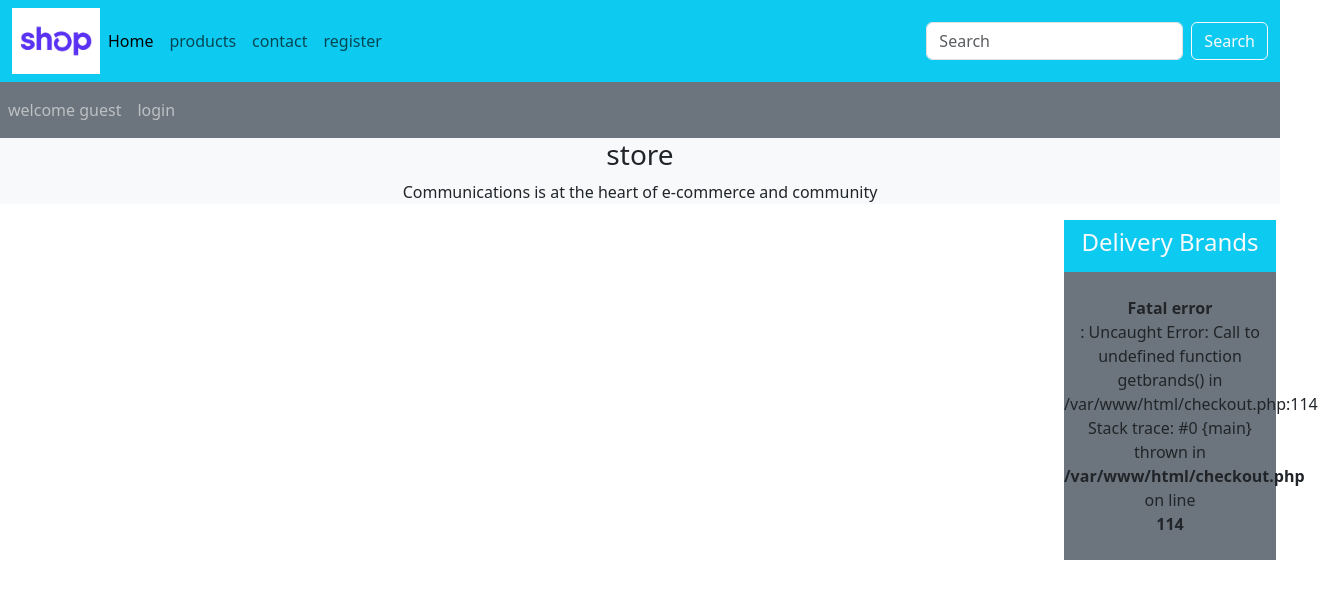
Repository: hahuuchinh2501/ecommerce_web
Page: http://localhost/checkout.php
An editor plug-in stored every save of this project. The page is shown before and after the next save, followed by the edit.
The browser window is 1280 px wide. The page is 1318 px wide, then 1280 px, so the pictures cover 1318 px, including what lies to the right of the window. The pictures show the whole page.
The page is run by PHP 8.4 with error messages shown; the project is at /var/www/html/.

Above is the page before, as saved 2025-02-09 18:25:52.

### checkout.php
<?php
include('includes/connect.php');

?>



<!DOCTYPE html>
<html lang="en">

<head>
    <meta charset="UTF-8">
    <meta name="viewport" content="width=device-width, initial-scale=1.0">
    <title>website- checkout</title>
    <link href="https://cdn.jsdelivr.net/npm/bootstrap@5.3.3/dist/css/bootstrap.min.css" rel="stylesheet"
        integrity="sha384-QWTKZyjpPEjISv5WaRU9OFeRpok6YctnYmDr5pNlyT2bRjXh0JMhjY6hW+ALEwIH" crossorigin="anonymous">
    <link rel="stylesheet" href="https://cdnjs.cloudflare.com/ajax/libs/font-awesome/6.5.2/css/all.min.css"
        integrity="sha512-SnH5WK+bZxgPHs44uWIX+LLJAJ9/2PkPKZ5QiAj6Ta86w+fsb2TkcmfRyVX3pBnMFcV7oQPJkl9QevSCWr3W6A=="
        crossorigin="anonymous" referrerpolicy="no-referrer" />
    <link rel="stylesheet" href="style.css">

</head>

<body>
    <!-- navbar -->
    <div class="container-fluid p-0">
        <nav class="navbar navbar-expand-lg bg-info">
            <div class="container-fluid">
                <img src="./images/shop.jpg" alt="" class="logo">
                <button class="navbar-toggler" type="button" data-bs-toggle="collapse"
                    data-bs-target="#navbarSupportedContent" aria-controls="navbarSupportedContent"
                    aria-expanded="false" aria-label="Toggle navigation">
                    <span class="navbar-toggler-icon"></span>
                </button>
                <div class="collapse navbar-collapse" id="navbarSupportedContent">
                    <ul class="navbar-nav me-auto mb-2 mb-lg-0">
                        <li class="nav-item">
                            <a class="nav-link active" aria-current="page" href="index.php">Home</a>
                        </li>
                        <li class="nav-item">
                            <a class="nav-link" href="display_all.php">products</a>
                        </li>
                        <li class="nav-item">
                            <a class="nav-link" href="#">contact</a>
                        </li>
                        <li class="nav-item">
                            <a class="nav-link" href="#">register</a>
                        </li>

                    </ul>
                    <form class="d-flex" role="search" action="search_product.php" method="get">
                        <input class="form-control me-2" type="search" placeholder="Search" aria-label="Search"
                            name="search_data">
                        <!-- <button class="btn btn-outline-success" type="submit">Search</button> -->
                        <input type="submit" value="Search" class="btn btn-outline-light" name="search_data_product">
                    </form>
                </div>
            </div>
        </nav>



        <nav class="navbar navbar-expand-lg navbar-dark bg-secondary">
            <ul class="navbar-nav me-auto">
                <li class="nav-item">
                    <a class="nav-link" href="#">welcome guest</a>
                </li>
                <li class="nav-item">
                    <a class="nav-link" href="#">login</a>
                </li>
            </ul>
        </nav>
        <div class="bg-light">
            <h3 class="text-center">store</h3>
            <p class="text-center">Communications is at the heart of e-commerce and community</p>
        </div>

        <div class="row px-3">
            <div class="col-md-10">
                <div class="row">
                    <!-- fetching products -->





                    <!-- row end    -->
                </div>
                <!-- col end -->
            </div>

            <div class="col-md-2 bg-secondary p-0">
                <!--branch-->
                <ul class="navbar-nav me-auto text-center">
                    <li class="nav-item bg-info">
                        <a href="#" class="nav-link text-light">
                            <h4>Delivery Brands</h4>
                        </a>
                    </li>

                    <?php
                    // $select_brands="select * from `brands`";
                    // $result_brands=mysqli_query($con,$select_brands);
                    // // $row_data=mysqli_fetch_assoc($result_brands);
                    // // echo $row_data['brand_title'];
                    // // echo $row_data['brand_title'];
                    // while($row_data=mysqli_fetch_assoc($result_brands)){
                    //     $brand_title=$row_data['brand_title'];
                    //     $brand_id=$row_data['brand_id'];
                    //     echo "<li class='nav-item'>
                    //     <a href='index.php?brand=$brand_id' class='nav-link text-light'> $brand_title</a>
                    // </li>";
                    // }
                    getbrands();

                    ?>


                    <!-- <li class="nav-item">
                        <a href="#" class="nav-link text-light"> Brands1</a>
                    </li>
                    <li class="nav-item">
                        <a href="#" class="nav-link text-light"> Brands2</a>
                    </li>
                    <li class="nav-item">
                        <a href="#" class="nav-link text-light"> Brands3</a>
                    </li>
                    <li class="nav-item">
                        <a href="#" class="nav-link text-light"> Brands4</a>
                    </li>
                    <li class="nav-item">
                        <a href="#" class="nav-link text-light"> Brands3</a>
                    </li> -->
                </ul>


                <!--category-->
                <ul class="navbar-nav me-auto text-center">
                    <li class="nav-item bg-info">
                        <a href="#" class="nav-link text-light">
                            <h4>categories</h4>
                        </a>
                    </li>

                    <?php
                    // $select_categories="select * from `categories`";
                    // $result_categories=mysqli_query($con,$select_categories);
                    // // $row_data=mysqli_fetch_assoc($result_brands);
                    // // echo $row_data['brand_title'];
                    // // echo $row_data['brand_title'];
                    // while($row_data=mysqli_fetch_assoc($result_categories)){
                    //     $category_title=$row_data['category_title'];
                    //     $category_id=$row_data['category_id'];
                    //     echo "<li class='nav-item'>
                    //     <a href='index.php?category=$category_id' class='nav-link text-light'> $category_title</a>
                    // </li>";
                    // }
                    getcategories();
                    ?>




                    <!-- <li class="nav-item">
                        <a href="#" class="nav-link text-light">categories</a>
                    </li>
                    <li class="nav-item">
                        <a href="#" class="nav-link text-light"> categories</a>
                    </li>
                    <li class="nav-item">
                        <a href="#" class="nav-link text-light"> categories</a>
                    </li>
                    <li class="nav-item">
                        <a href="#" class="nav-link text-light"> categories</a>
                    </li>
                    <li class="nav-item">
                        <a href="#" class="nav-link text-light">categories</a>
                    </li> -->
                </ul>
            </div>
        </div>

        <!-- include footer  -->
        <?php
        include("./includes/footer.php")
            ?>
    </div>

    <script src="https://cdn.jsdelivr.net/npm/bootstrap@5.3.3/dist/js/bootstrap.bundle.min.js"
        integrity="sha384-YvpcrYf0tY3lHB60NNkmXc5s9fDVZLESaAA55NDzOxhy9GkcIdslK1eN7N6jIeHz"
        crossorigin="anonymous"></script>
</body>

</html>

### includes/connect.php
<?php

$con=mysqli_connect('127.0.0.1:3316','root','123','myshop');
if(!$con) {
    die(mysqli_error($con));
}


?>

### style.css
* {
    margin: 0;
    padding: 0;
    box-sizing: border-box;
}


.logo {
    width: 7%;
    height: 7%;
}

     .card-img-top {
            height: 360px; /* Đặt chiều cao cố định */
            object-fit: cover; /* Đảm bảo hình ảnh vừa khung và không bị biến dạng */
        }

.cart_img {
    width:50px;
    height:50px;
}

### includes/footer.php
<div class="bg-info p-3 text-center">
    <p>All right reserved @- Designed by chinhz-2024</p>
</div>

After the next save:
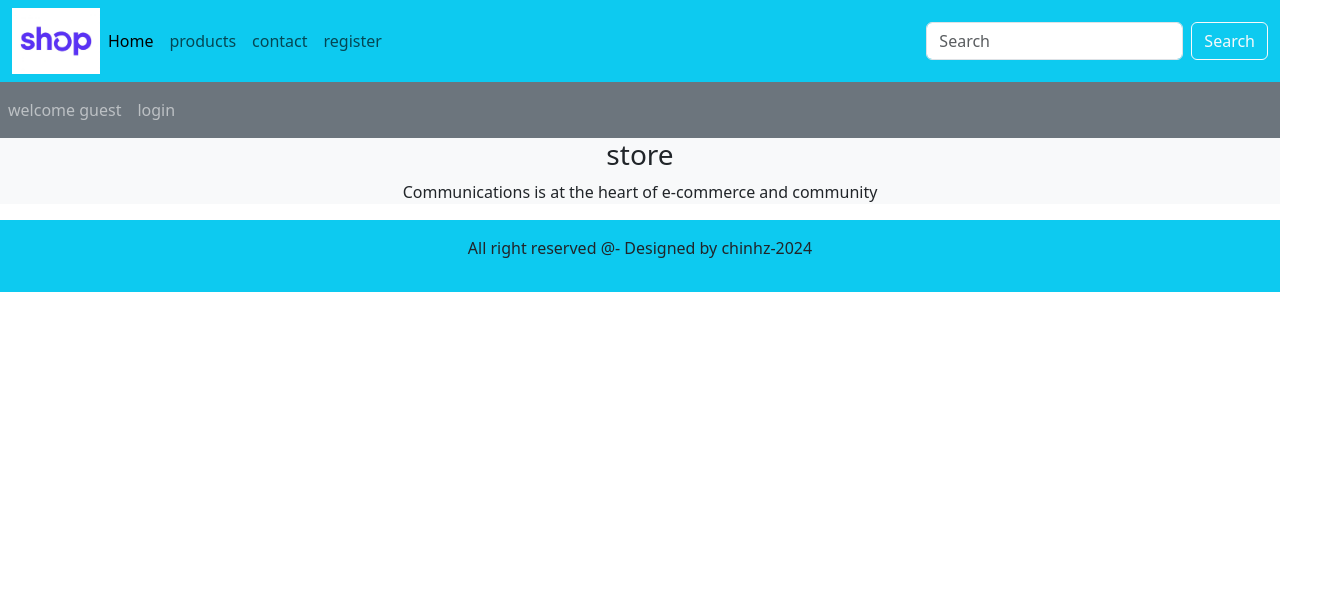
Saved 90 s later.
--- a/checkout.php
+++ b/checkout.php
@@ -89,95 +89,6 @@ include('includes/connect.php');
                 <!-- col end -->
             </div>
 
-            <div class="col-md-2 bg-secondary p-0">
-                <!--branch-->
-                <ul class="navbar-nav me-auto text-center">
-                    <li class="nav-item bg-info">
-                        <a href="#" class="nav-link text-light">
-                            <h4>Delivery Brands</h4>
-                        </a>
-                    </li>
-
-                    <?php
-                    // $select_brands="select * from `brands`";
-                    // $result_brands=mysqli_query($con,$select_brands);
-                    // // $row_data=mysqli_fetch_assoc($result_brands);
-                    // // echo $row_data['brand_title'];
-                    // // echo $row_data['brand_title'];
-                    // while($row_data=mysqli_fetch_assoc($result_brands)){
-                    //     $brand_title=$row_data['brand_title'];
-                    //     $brand_id=$row_data['brand_id'];
-                    //     echo "<li class='nav-item'>
-                    //     <a href='index.php?brand=$brand_id' class='nav-link text-light'> $brand_title</a>
-                    // </li>";
-                    // }
-                    getbrands();
-
-                    ?>
-
-
-                    <!-- <li class="nav-item">
-                        <a href="#" class="nav-link text-light"> Brands1</a>
-                    </li>
-                    <li class="nav-item">
-                        <a href="#" class="nav-link text-light"> Brands2</a>
-                    </li>
-                    <li class="nav-item">
-                        <a href="#" class="nav-link text-light"> Brands3</a>
-                    </li>
-                    <li class="nav-item">
-                        <a href="#" class="nav-link text-light"> Brands4</a>
-                    </li>
-                    <li class="nav-item">
-                        <a href="#" class="nav-link text-light"> Brands3</a>
-                    </li> -->
-                </ul>
-
-
-                <!--category-->
-                <ul class="navbar-nav me-auto text-center">
-                    <li class="nav-item bg-info">
-                        <a href="#" class="nav-link text-light">
-                            <h4>categories</h4>
-                        </a>
-                    </li>
-
-                    <?php
-                    // $select_categories="select * from `categories`";
-                    // $result_categories=mysqli_query($con,$select_categories);
-                    // // $row_data=mysqli_fetch_assoc($result_brands);
-                    // // echo $row_data['brand_title'];
-                    // // echo $row_data['brand_title'];
-                    // while($row_data=mysqli_fetch_assoc($result_categories)){
-                    //     $category_title=$row_data['category_title'];
-                    //     $category_id=$row_data['category_id'];
-                    //     echo "<li class='nav-item'>
-                    //     <a href='index.php?category=$category_id' class='nav-link text-light'> $category_title</a>
-                    // </li>";
-                    // }
-                    getcategories();
-                    ?>
-
-
-
-
-                    <!-- <li class="nav-item">
-                        <a href="#" class="nav-link text-light">categories</a>
-                    </li>
-                    <li class="nav-item">
-                        <a href="#" class="nav-link text-light"> categories</a>
-                    </li>
-                    <li class="nav-item">
-                        <a href="#" class="nav-link text-light"> categories</a>
-                    </li>
-                    <li class="nav-item">
-                        <a href="#" class="nav-link text-light"> categories</a>
-                    </li>
-                    <li class="nav-item">
-                        <a href="#" class="nav-link text-light">categories</a>
-                    </li> -->
-                </ul>
-            </div>
         </div>
 
         <!-- include footer  -->
